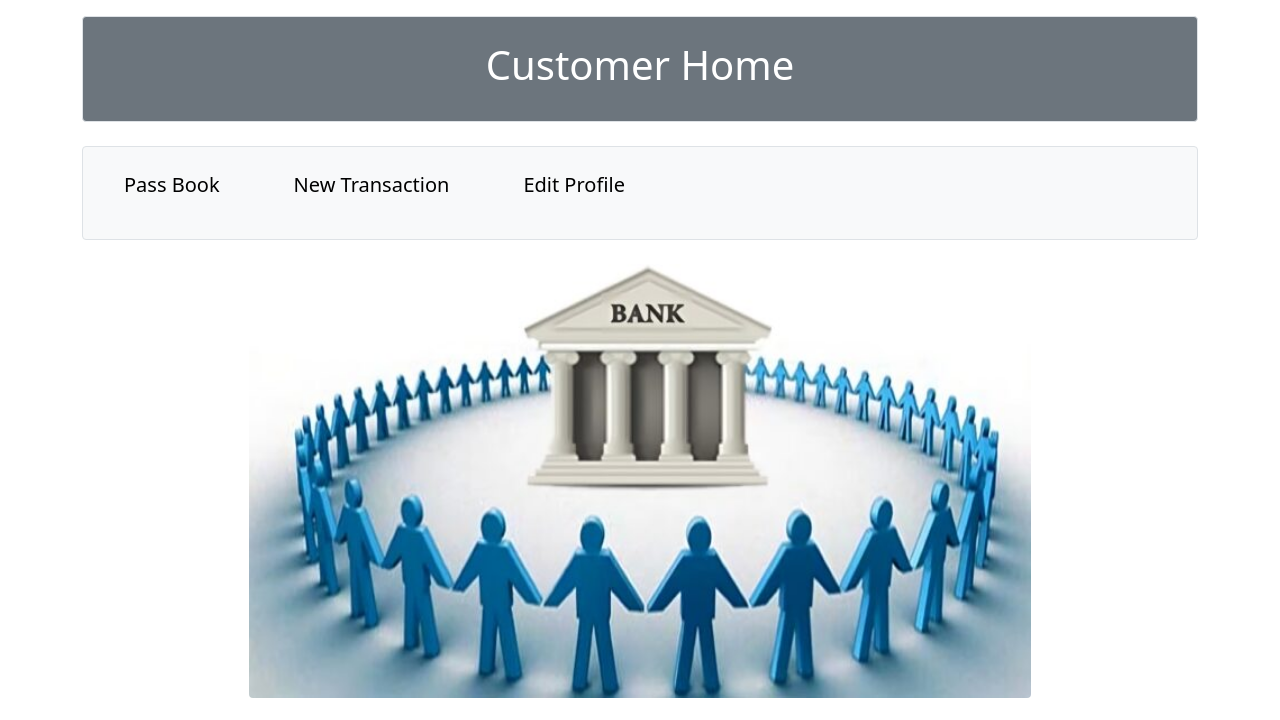
Repository: shivamaninalla/Bank-Application-JSP
Page: http://localhost/10-BankApplication/cust-home.jsp
The author's editor kept a copy of each file at every save. The page is drawn from the files as they stood at one save, then again after the next save.
The browser window is 1280 px wide. The pictures show the whole page.
The page is served by Tomcat 9. Other server files are loaded and not shown.

Above is the page before, as saved 2024-07-20 18:43:53.

### 10-BankApplication/WebContent/cust-home.jsp
<%@ page language="java" contentType="text/html; charset=ISO-8859-1"
    pageEncoding="ISO-8859-1"%>
<%@ taglib uri="http://java.sun.com/jsp/jstl/core" prefix="c"%>
<%@ taglib uri="http://java.sun.com/jsp/jstl/functions" prefix="fn"%>
<link href="https://cdn.jsdelivr.net/npm/bootstrap@5.0.2/dist/css/bootstrap.min.css" rel="stylesheet"
    integrity="sha384-EVSTQN3/azprG1Anm3QDgpJLIm9Nao0Yz1ztcQTwFspd3yD65VohhpuuCOmLASjC" crossorigin="anonymous">
<script src="https://cdn.jsdelivr.net/npm/bootstrap@5.0.2/dist/js/bootstrap.bundle.min.js"
    integrity="sha384-MrcW6ZMFYlzcLA8Nl+NtUVF0sA7MsXsP1UyJoMp4YLEuNSfAP+JcXn/tWtIaxVXM" crossorigin="anonymous"></script>
<!DOCTYPE html>
<html>
<head>
<meta charset="ISO-8859-1">
<title>Customer Home</title>
</head>
<body>
<div class="container mt-3">

    <!-- Header Navigation -->
    <nav class="navbar bg-secondary border rounded p-4 mb-4">
        <div class="container-fluid d-flex justify-content-center align-items-center">
            <h1 class="text-white">Customer Home</h1>
        </div>
    </nav>

    <!-- Main Navigation Buttons -->
    <nav class="navbar navbar-expand-lg navbar-light bg-light border rounded p-3 mb-4">
        <div class="container-fluid">
            <form action="user" method="get">
                <div class="d-flex justify-content-center gap-5">
                    <button type="submit" name="UserController" value="Pass Book" class="btn btn-light fs-5">Pass Book</button>
                    <button type="submit" name="UserController" value="New Transaction" class="btn btn-light fs-5">New Transaction</button>
                    <button type="submit" name="UserController" value="Edit Profile" class="btn btn-light fs-5">Edit Profile</button>
                </div>
            </form>
        </div>
    </nav>

    <!-- Image -->
    <div class="text-center">
        <img src="./includes/bank.jpeg" class="rounded img-fluid" alt="Bank-image" width="70%" />
    </div>

</div>
</body>
</html>

After the next save:
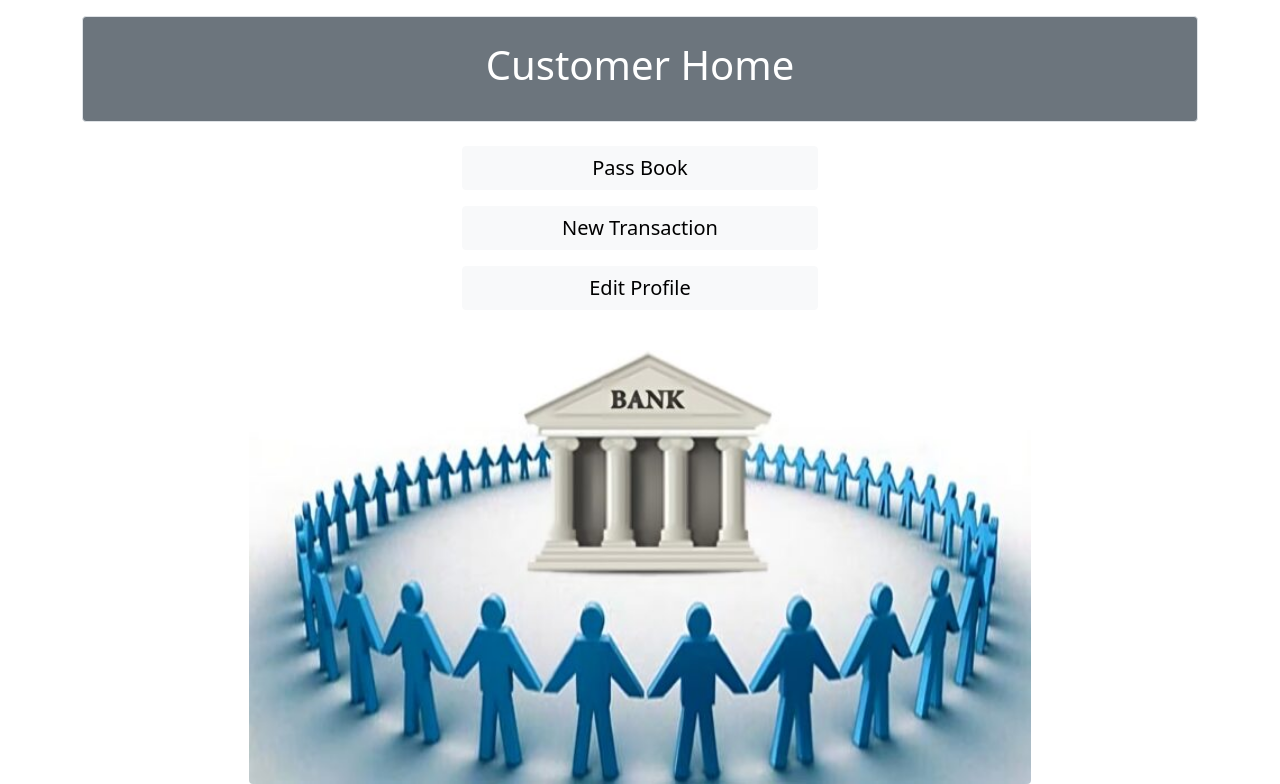
Saved 93 s later.
--- a/10-BankApplication/WebContent/cust-home.jsp
+++ b/10-BankApplication/WebContent/cust-home.jsp
@@ -23,17 +23,15 @@
     </nav>
 
     <!-- Main Navigation Buttons -->
-    <nav class="navbar navbar-expand-lg navbar-light bg-light border rounded p-3 mb-4">
-        <div class="container-fluid">
+    <div class="row justify-content-center mb-4">
+        <div class="col-md-4 text-center">
             <form action="user" method="get">
-                <div class="d-flex justify-content-center gap-5">
-                    <button type="submit" name="UserController" value="Pass Book" class="btn btn-light fs-5">Pass Book</button>
-                    <button type="submit" name="UserController" value="New Transaction" class="btn btn-light fs-5">New Transaction</button>
-                    <button type="submit" name="UserController" value="Edit Profile" class="btn btn-light fs-5">Edit Profile</button>
-                </div>
+                <button type="submit" name="UserController" value="Pass Book" class="btn btn-light fs-5 w-100 mb-3">Pass Book</button>
+                <button type="submit" name="UserController" value="New Transaction" class="btn btn-light fs-5 w-100 mb-3">New Transaction</button>
+                <button type="submit" name="UserController" value="Edit Profile" class="btn btn-light fs-5 w-100">Edit Profile</button>
             </form>
         </div>
-    </nav>
+    </div>
 
     <!-- Image -->
     <div class="text-center">
